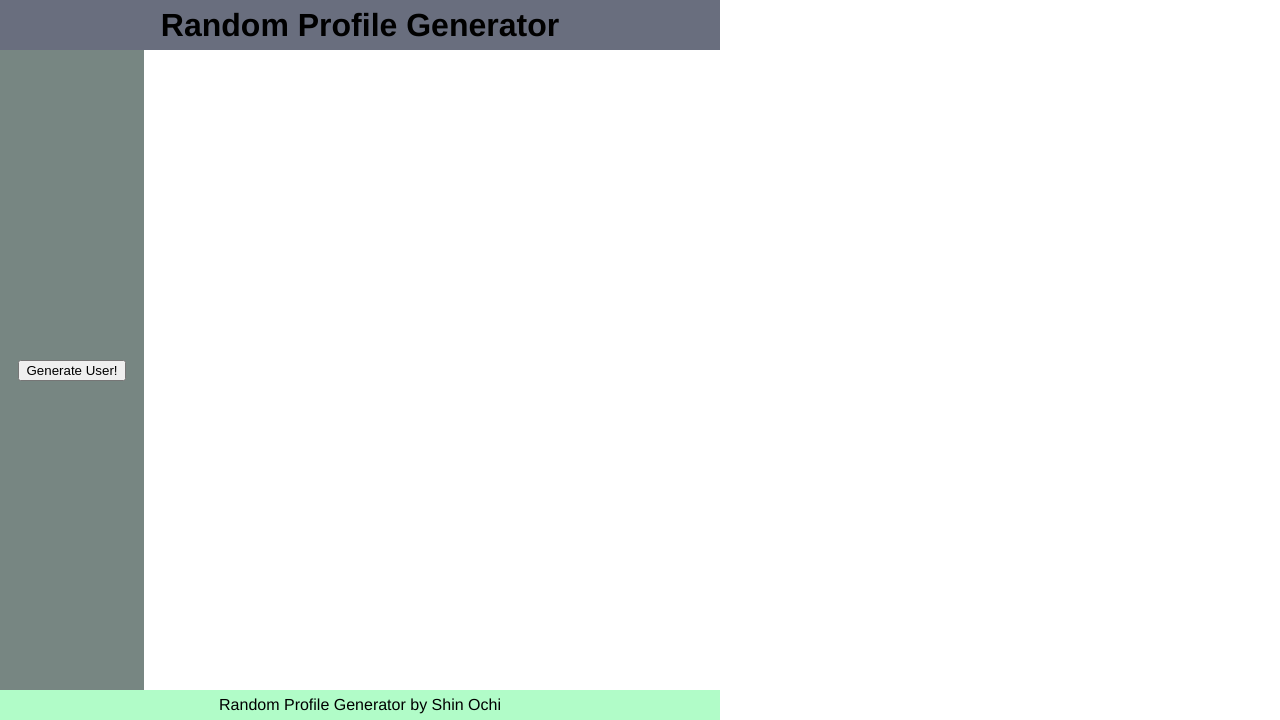
Repository: swaroopu-kr/Web-Application
Page: index.html
The author's editor kept a copy of each file at every save. The page is drawn from the files as they stood at one save, then again after the next save.
The browser window is 1280 px wide. The pictures show the whole page.

Above is the page before, as saved 2021-11-01 16:58:14.

After the next save:
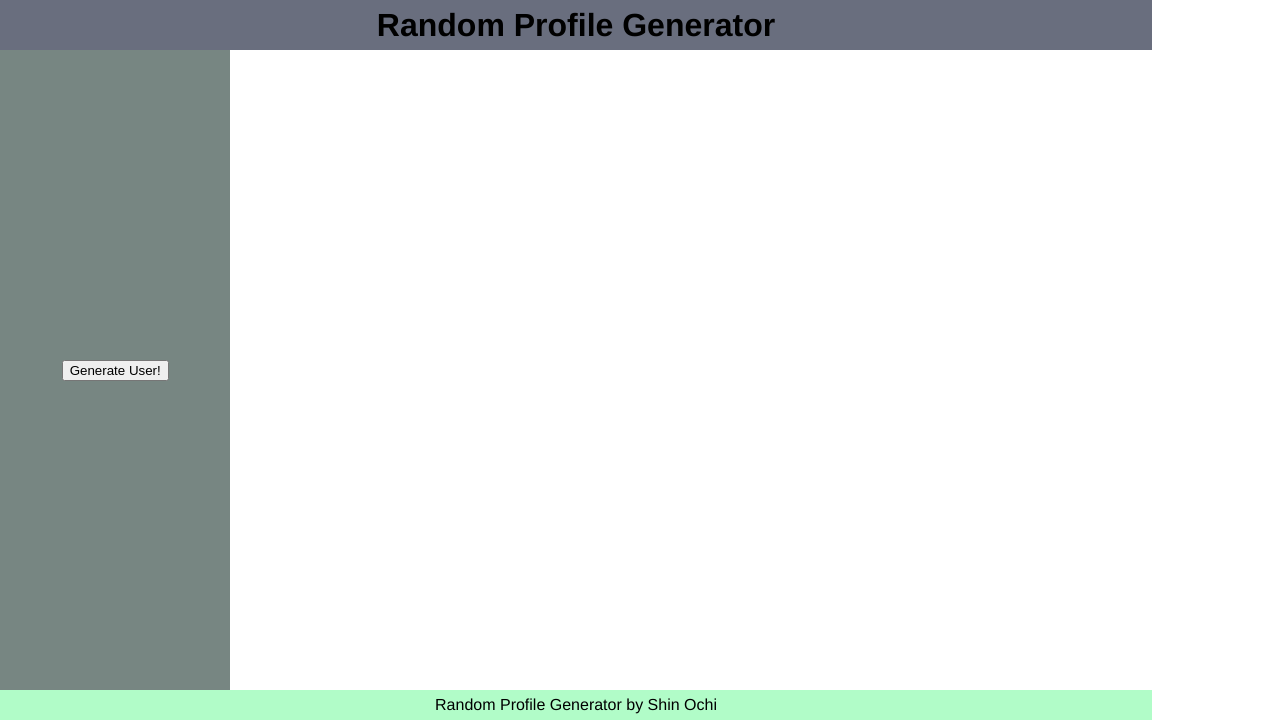
Saved 27 s later.
--- a/style.css
+++ b/style.css
@@ -5,7 +5,7 @@
 
       body {
         height: 100vh;
-        width: 100vh;
+        width: 90%;
         margin: 0;
         font-family: Helvetica;
         display: grid;
